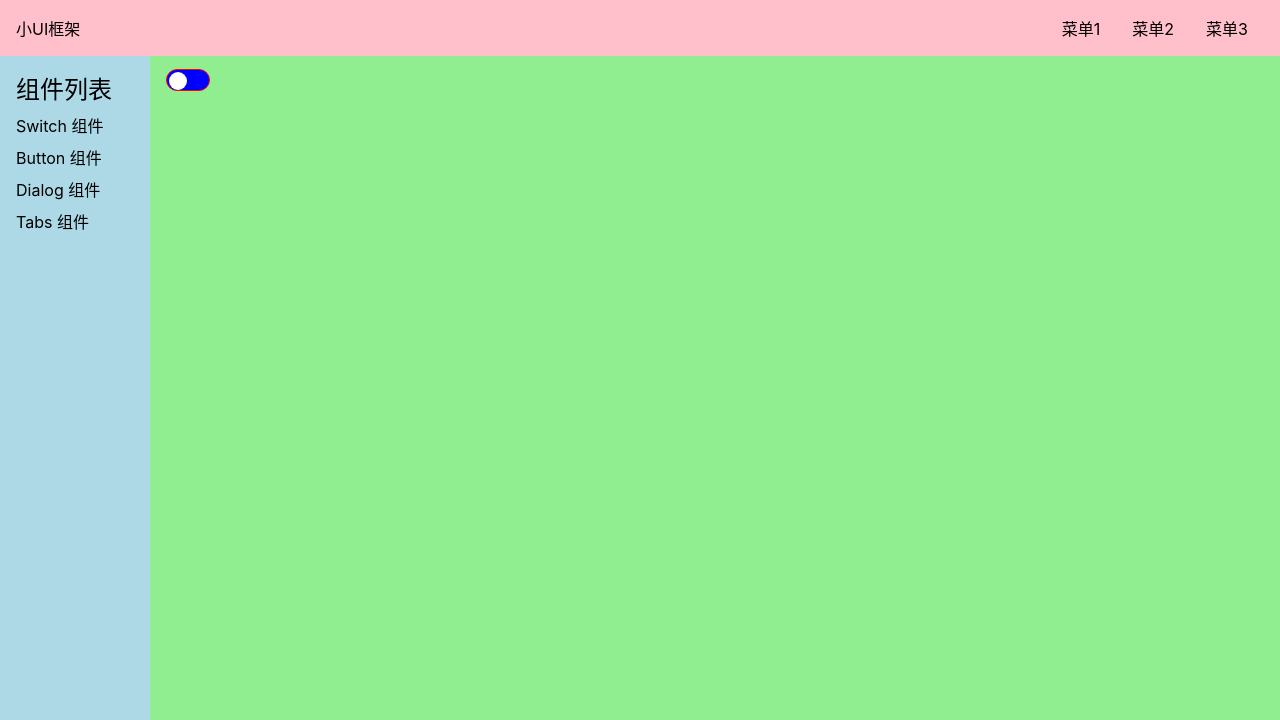
Repository: huming3272/Smile-UI
Page: /#/doc/switch
The author's editor kept a copy of each file at every save. The page is drawn from the files as they stood at one save, then again after the next save.
The browser window is 1280 px wide. The pictures show the whole page.
The pointer rests on the first visible `button`.
The project was rebuilt for these pictures with package versions that can differ from the ones it lists, and the page was loaded fresh each time. Also part of the build but not shown: src/views/Home.vue, src/components/ButtonDemo.vue, src/components/DialogDemo.vue, src/components/TabsDemo.vue, src/components/DocDemo.vue.

Above is the page before, as saved 2021-11-02 14:46:45.

After the next save:
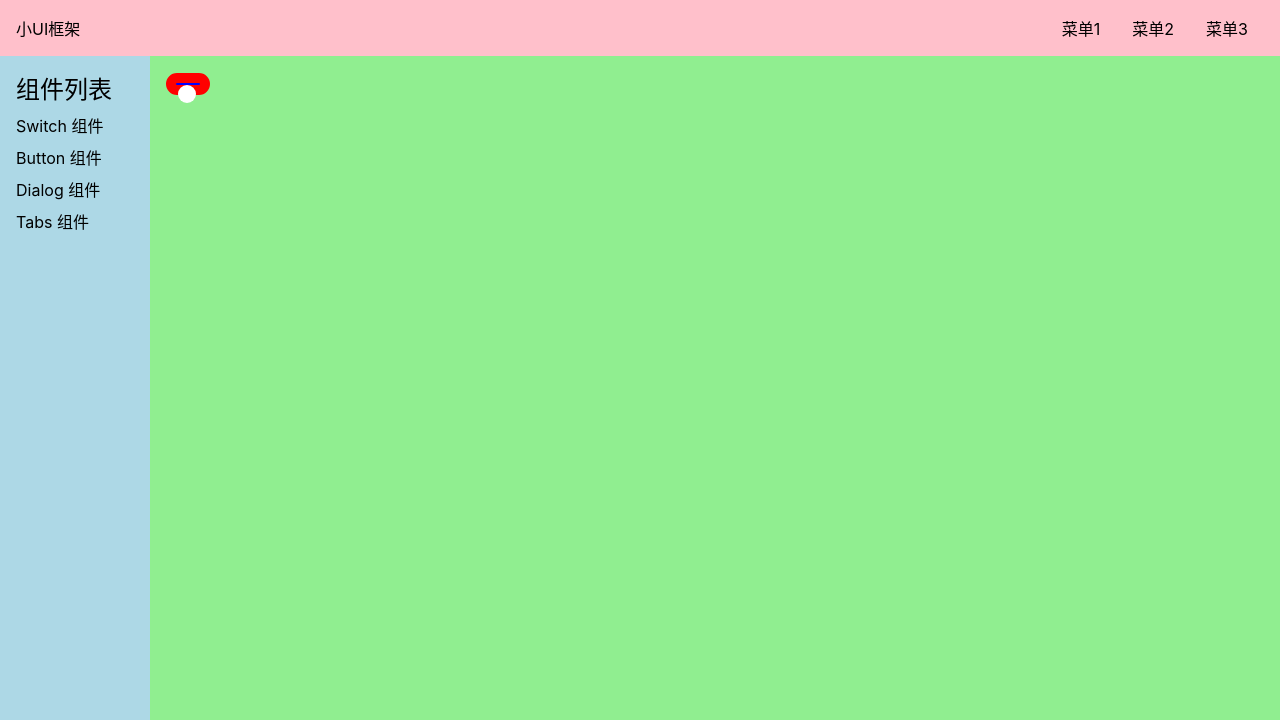
Saved 7 s later.
--- a/src/lib/Switch.vue
+++ b/src/lib/Switch.vue
@@ -34,6 +34,6 @@ export default {
       left: calc(100% - #{$h2}-2px);
   }
   button:hover{
-      border:1px solid red;
+      border:10px solid red;
   }
 </style>
